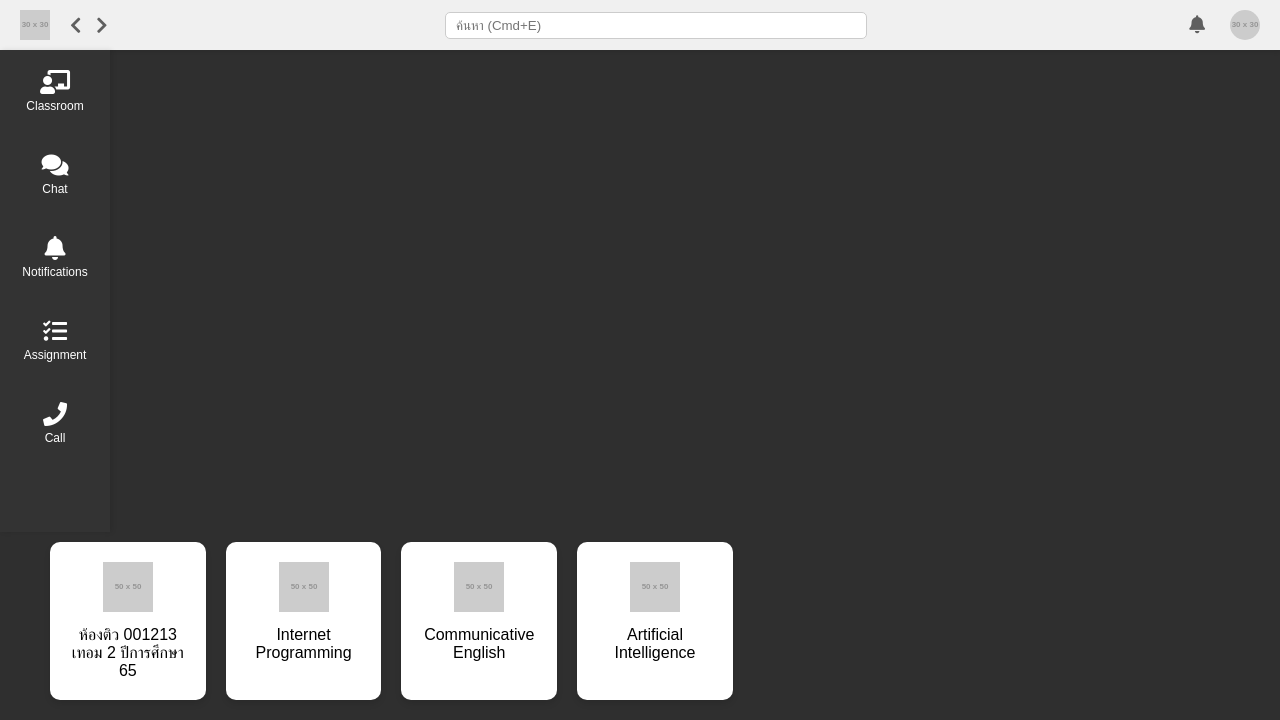
Repository: praifas16/ProPro
Page: docs/studenthead.html
An editor plug-in stored every save of this project. The page is shown before and after the next save, followed by the edit.
The browser window is 1280 px wide. The pictures show the whole page.

Above is the page before, as saved 2024-08-21 20:41:50.

### docs/studenthead.html
<!DOCTYPE html>
<html lang="th">
  <head>
    <link rel="stylesheet" href="https://cdnjs.cloudflare.com/ajax/libs/font-awesome/5.15.4/css/all.min.css">
    <meta charset="UTF-8" />
    <meta name="viewport" content="width=device-width, initial-scale=1.0" />
    <title>My Dashboard</title>
    <style>
      body {
        font-family: Arial, sans-serif;
        margin: 0;
        padding: 0;
        background-color: #2f2f2f;
        display: flex;
        flex-direction: column;
        height: 100vh;
      }

      /* แถบเมนูด้านบน */
      .topbar {
        background-color: #f0f0f0;
        padding: 10px 20px;
        display: flex;
        align-items: center;
        justify-content: space-between;
        box-shadow: 0px 2px 4px rgba(0, 0, 0, 0.1);
      }

      .topbar .left-section {
        display: flex;
        align-items: center;
      }

      .topbar .left-section .logo {
        display: flex;
        align-items: center;
        margin-right: 20px;
      }

      .topbar .left-section .logo img {
        width: 30px;
        height: 30px;
      }

      .topbar .left-section .navigation {
        display: flex;
        align-items: center;
      }

      .topbar .left-section .navigation i {
        font-size: 18px;
        color: #5f5f5f;
        margin-right: 15px;
        cursor: pointer;
      }

      .topbar .search-bar {
        flex-grow: 1;
        display: flex;
        justify-content: center;
      }

      .topbar .search-bar input {
        width: 400px;
        padding: 5px 10px;
        border-radius: 5px;
        border: 1px solid #ccc;
        background-color: #fff;
        color: #333;
      }

      .topbar .user-section {
        display: flex;
        align-items: center;
      }

      .topbar .user-section img {
        width: 30px;
        height: 30px;
        border-radius: 50%;
        margin-left: 10px;
      }

      .topbar .user-section .notification {
        margin-right: 15px;
        position: relative;
        font-size: 18px;
        color: #5f5f5f;
        cursor: pointer;
      }

      /* เมนูแถบข้าง */
      .sidebar {
        width: 70px;
        background-color: #333;
        color: white;
        height: calc(100vh - 60px); /* Adjusted to take into account the topbar height */
        padding: 20px 20px;
        box-shadow: 2px 0 5px rgba(0, 0, 0, 0.1);
        display: flex;
        flex-direction: column;
        align-items: center;
      }

      .menu-items {
        margin-top: -10px; /* ขยับเมนูขึ้นไปด้านบน */
      }

      .sidebar a {
        display: flex;
        flex-direction: column;
        align-items: center;
        color: white;
        padding: 10px;
        text-decoration: none;
        margin-bottom: 20px;
        font-size: 12px;
        text-align: center;
      }

      .sidebar a:hover {
        background-color: #5f5f5f;
        border-radius: 4px;
        width: 80%;
        text-align: center;
      }

      .sidebar i {
        font-size: 24px;
        margin-bottom: 5px;
      }

      /* โครงสร้างหน้าเว็บหลัก */
      .main-content {
        flex-grow: 1;
        padding: 10px 20px 20px 50px; /* ลด padding-top เพื่อขยับขึ้น */
      }

      .container {
        display: grid;
        grid-template-columns: repeat(auto-fill, minmax(150px, 1fr));
        gap: 20px;
        padding-top: 0px; /* ปรับ padding-top ของ container */
      }

      .card {
        background-color: #ffffff;
        border-radius: 10px;
        box-shadow: 0 4px 6px rgba(0, 0, 0, 0.1);
        text-align: center;
        padding: 20px;
        transition: transform 0.3s;
      }

      .card:hover {
        transform: scale(1.05);
      }

      .card img {
        width: 50px;
        height: 50px;
        margin-bottom: 10px;
      }

      .card p {
        margin: 0;
        font-size: 16px;
      }
    </style>
  </head>
  <body>
    <!-- แถบเมนูด้านบน -->
    <div class="topbar">
      <div class="left-section">
        <div class="logo">
          <img src="https://via.placeholder.com/30" alt="Logo" />
        </div>
        <div class="navigation">
          <i class="fas fa-chevron-left"></i>
          <i class="fas fa-chevron-right"></i>
        </div>
      </div>
      <div class="search-bar">
        <input type="text" placeholder="ค้นหา (Cmd+E)" />
      </div>
      <div class="user-section">
        <div class="notification">
          <i class="fa fa-bell"></i>
        </div>
        <img src="https://via.placeholder.com/30" alt="User Avatar" />
      </div>
    </div>

    <!-- เมนูแถบข้าง -->
    <div class="sidebar">
      <div class="menu-items">
        <a href="#"
          ><i class="fa fa-chalkboard-teacher"></i><span>Classroom</span></a
        >
        <a href="#"><i class="fa fa-comments"></i><span>Chat</span></a>
        <a href="#"><i class="fa fa-bell"></i><span>Notifications</span></a>
        <a href="#"><i class="fa fa-tasks"></i><span>Assignment</span></a>
        <a href="#"><i class="fa fa-phone"></i><span>Call</span></a>
      </div>
    </div>

    <!-- เนื้อหาหลัก -->
    <div class="main-content">
      <div class="container">
        <div class="card">
          <img src="https://via.placeholder.com/50" alt="icon" />
          <p>ห้องติว 001213 เทอม 2 ปีการศึกษา 65</p>
        </div>
        <div class="card">
          <img src="https://via.placeholder.com/50" alt="icon" />
          <p>Internet Programming</p>
        </div>
        <div class="card">
          <img src="https://via.placeholder.com/50" alt="icon" />
          <p>Communicative English</p>
        </div>
        <div class="card">
          <img src="https://via.placeholder.com/50" alt="icon" />
          <p>Artificial Intelligence</p>
        </div>
        <!-- เพิ่มเติม Card อื่น ๆ ตามต้องการ -->
      </div>
    </div>
  </body>
</html>

After the next save:
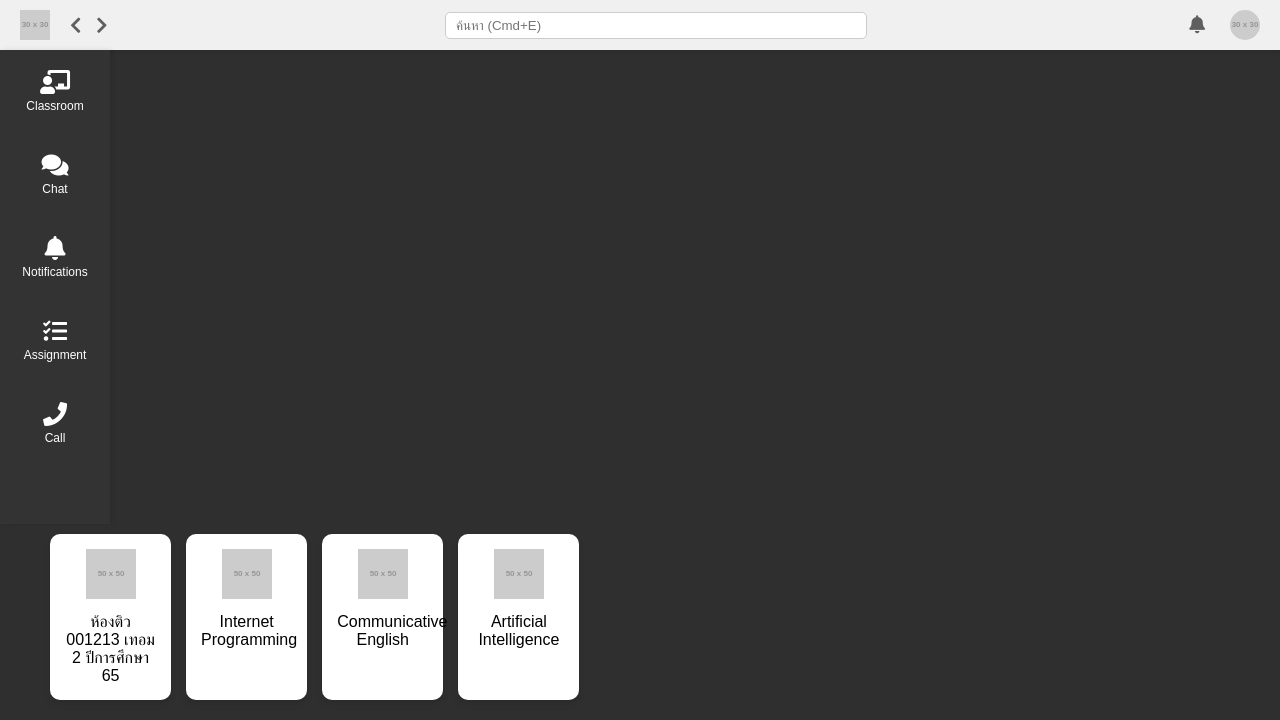
Saved 85 s later.
--- a/docs/studenthead.html
+++ b/docs/studenthead.html
@@ -136,21 +136,26 @@
         padding: 10px 20px 20px 50px; /* ลด padding-top เพื่อขยับขึ้น */
       }
 
-      .container {
+      .main-content {
+        flex-grow: 1;
+        padding: 10px 20px 20px 50px; /* ลด padding ด้านบน เพื่อขยับขึ้น */
+    }
+
+    .container {
         display: grid;
-        grid-template-columns: repeat(auto-fill, minmax(150px, 1fr));
-        gap: 20px;
-        padding-top: 0px; /* ปรับ padding-top ของ container */
-      }
-
-      .card {
+        grid-template-columns: repeat(auto-fill, minmax(120px, 1fr));
+        gap: 15px; /* ลดช่องว่างระหว่างการ์ด */
+        padding-top: 0px; /* เอา padding-top ออก เพื่อขยับขึ้นไปชิดด้านบน */
+    }
+
+    .card {
         background-color: #ffffff;
         border-radius: 10px;
         box-shadow: 0 4px 6px rgba(0, 0, 0, 0.1);
         text-align: center;
-        padding: 20px;
+        padding: 15px;
         transition: transform 0.3s;
-      }
+    }
 
       .card:hover {
         transform: scale(1.05);

After the save that followed:
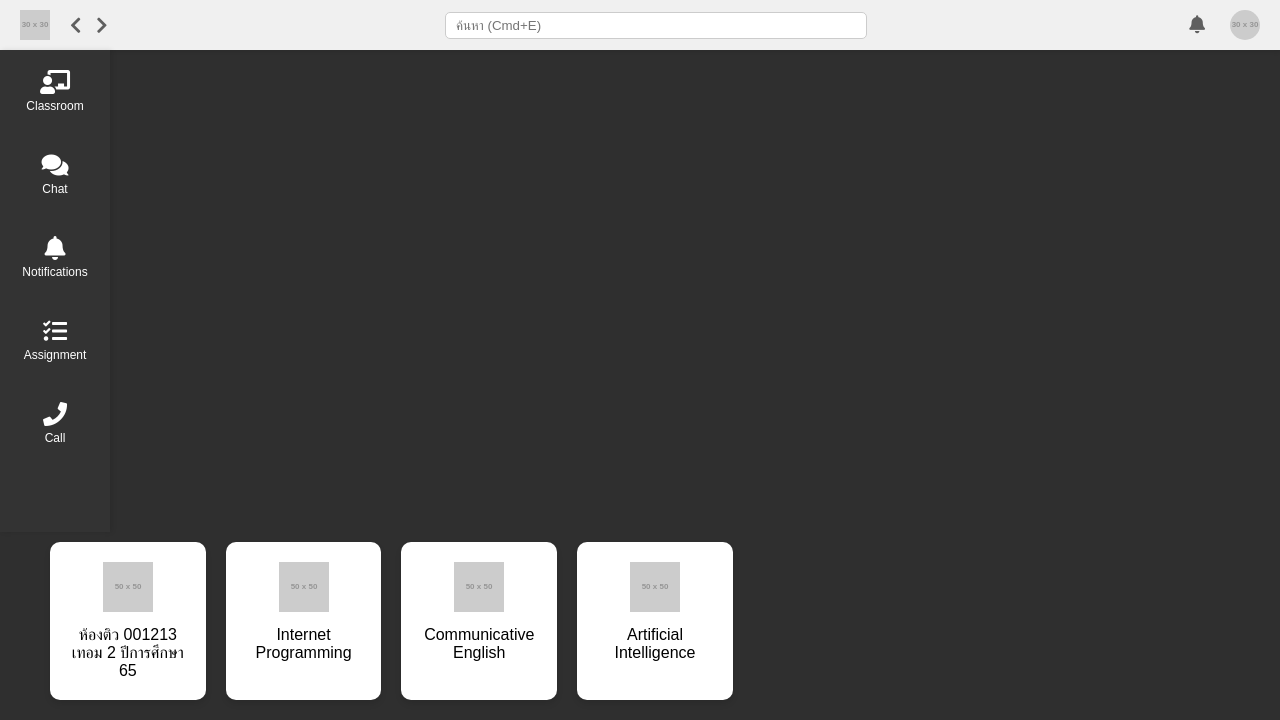
Saved 15 s later.
--- a/docs/studenthead.html
+++ b/docs/studenthead.html
@@ -136,26 +136,21 @@
         padding: 10px 20px 20px 50px; /* ลด padding-top เพื่อขยับขึ้น */
       }
 
-      .main-content {
-        flex-grow: 1;
-        padding: 10px 20px 20px 50px; /* ลด padding ด้านบน เพื่อขยับขึ้น */
-    }
-
-    .container {
+      .container {
         display: grid;
-        grid-template-columns: repeat(auto-fill, minmax(120px, 1fr));
-        gap: 15px; /* ลดช่องว่างระหว่างการ์ด */
-        padding-top: 0px; /* เอา padding-top ออก เพื่อขยับขึ้นไปชิดด้านบน */
-    }
-
-    .card {
+        grid-template-columns: repeat(auto-fill, minmax(150px, 1fr));
+        gap: 20px;
+        padding-top: 0px; /* ปรับ padding-top ของ container */
+      }
+
+      .card {
         background-color: #ffffff;
         border-radius: 10px;
         box-shadow: 0 4px 6px rgba(0, 0, 0, 0.1);
         text-align: center;
-        padding: 15px;
+        padding: 20px;
         transition: transform 0.3s;
-    }
+      }
 
       .card:hover {
         transform: scale(1.05);
